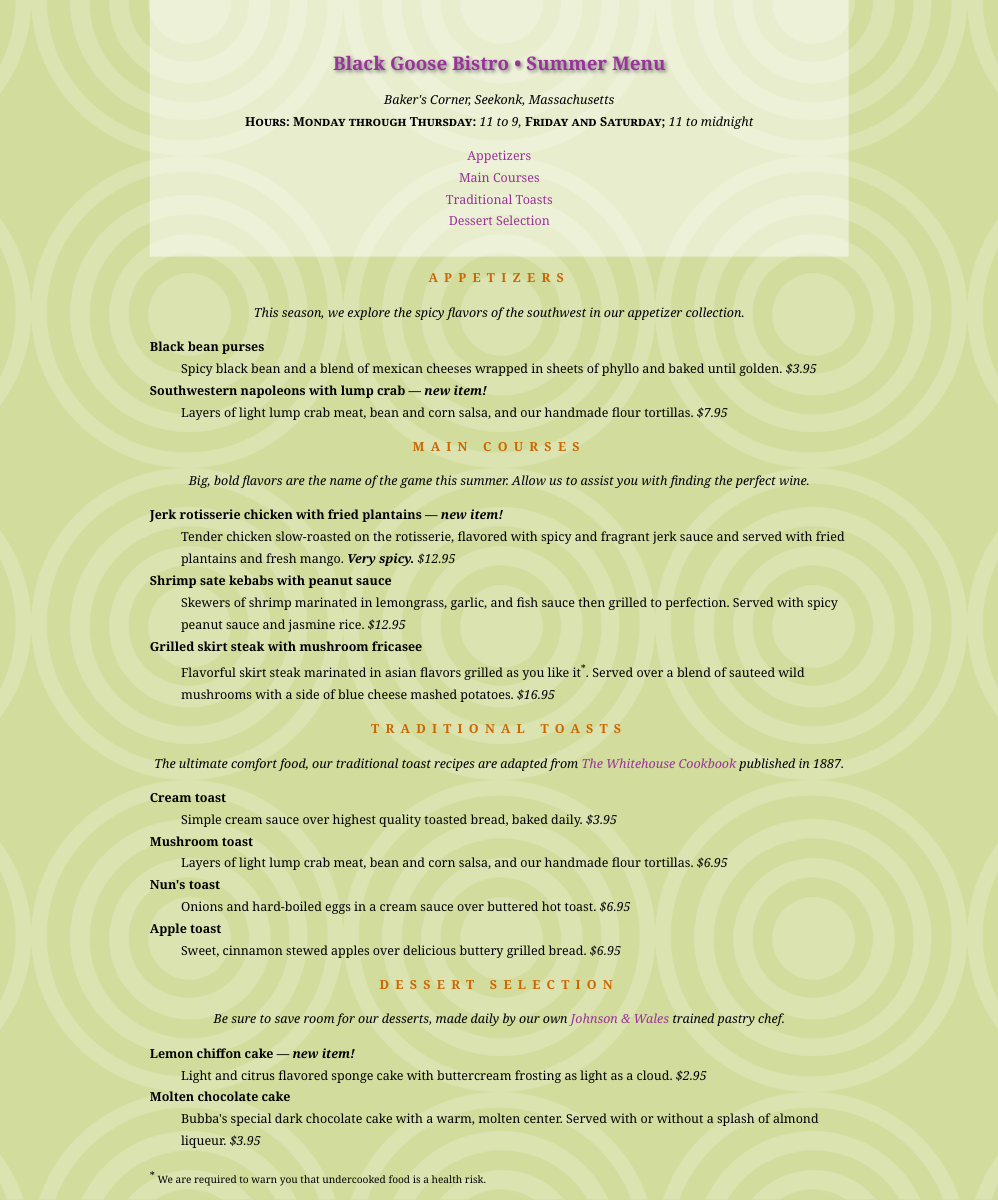
Repository: Colo-Codes/code-practice
Page: 02-css-practice-3.html
The author's editor kept a copy of each file at every save. The page is drawn from the files as they stood at one save, then again after the next save.
The browser window is 1280 px wide. The pictures show the whole page, at 78% of full size.
Some web fonts or font styles are not loaded; a fallback is used.

Above is the page before, as saved 2021-05-06 13:24:24.

After the next save:
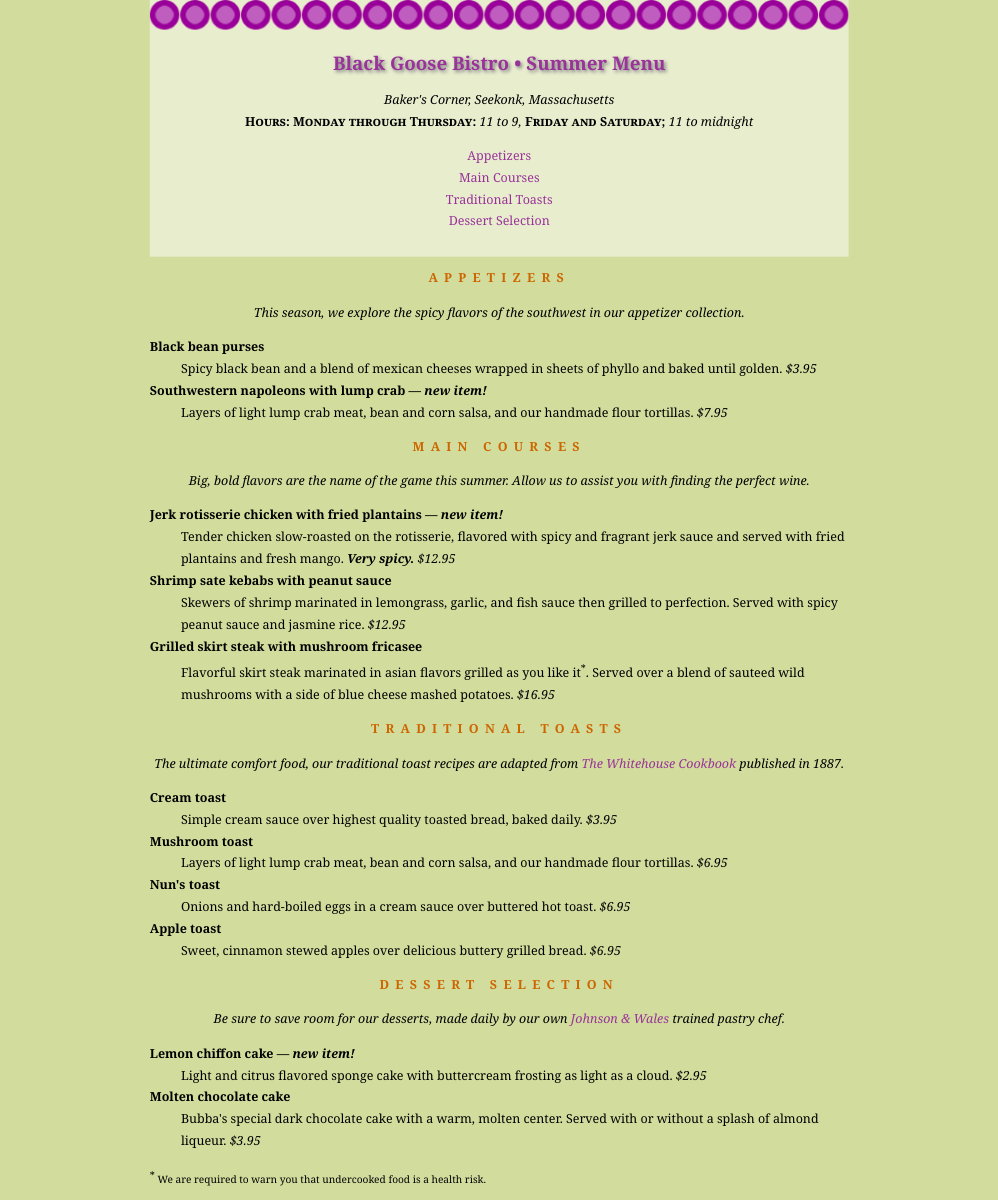
Saved 6 s later.
--- a/02-css-practice-3.html
+++ b/02-css-practice-3.html
@@ -12,17 +12,17 @@ body {
   line-height: 175%;
   margin: 0 15% 0;
   background-color: #d2dc9d;
-  background-image: url(./assets/img/bullseye.png);
-  background-position: center 200px;
+  /* background-image: url(./assets/img/bullseye.png);
+  background-position: center 200px; */
 }
 header {
   margin-top: 0;
   padding: 3em 1em 2em 1em;
   text-align: center;
   background-color: rgba(255, 255, 255, .5);
-  /* background-image: url(./assets/img/purpledot.png);
+  background-image: url(./assets/img/purpledot.png);
   background-repeat: space no-repeat;
-  background-position: center top; */
+  background-position: center top;
 }
 
 /* For link, the order is important */
